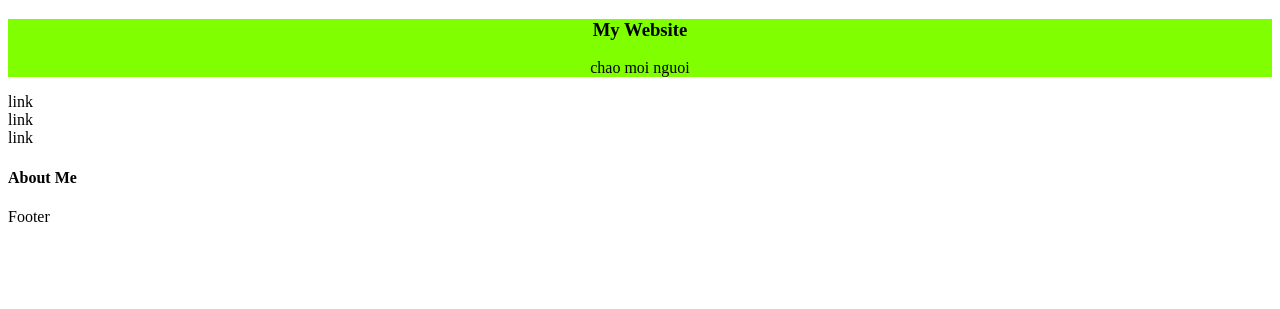
Repository: Lehuyhuynh/BTH2-CSS
Page: BTH2/index,.html
These files come from the project's save history. The page is drawn as it stood at one moment and after a run of saves; the edit follows.
The browser window is 1280 px wide. The pictures show the whole page.

Above is the page before, as saved 2023-08-09 23:03:07.

### BTH2/index,.html
<!DOCTYPE html>
<html lang="en">
<head>
  <meta charset="UTF-8">
  <meta name="viewport" content="width=device-width, initial-scale=1.0">
  <link rel="stylesheet" href="style.css">
  <title> TH 2</title>
</head>
<body>
  <div class="head">
    <h3>My Website</h3>
    <p>chao moi nguoi</p>
  </div>

  <div class="head-link">
    <div>link</div>
    <div>link</div>
    <div>link</div>
  </div>

  <div class="main">
    <div class="left">
      <h4>About Me</h4>
      <div></div>
    </div>

    <div class="center"></div>

    <div class="footer">Footer</div>
  </div>
</body>
</html>

### BTH2/style.css
.head{
  background-color: chartreuse;
  padding: ;
}
h3{
  text-align: center;
}
p{
  text-align: center;
}

After the next 3 saves:
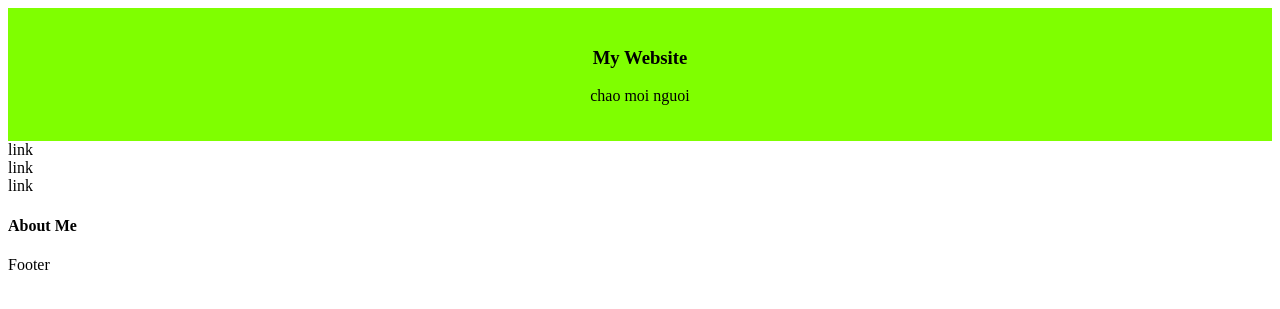
The 3 saves are shown as one change because they came seconds apart.
The last was saved 7 s later.
--- a/BTH2/style.css
+++ b/BTH2/style.css
@@ -1,6 +1,6 @@
 .head{
   background-color: chartreuse;
-  padding: ;
+  padding: 20px 0;
 }
 h3{
   text-align: center;
